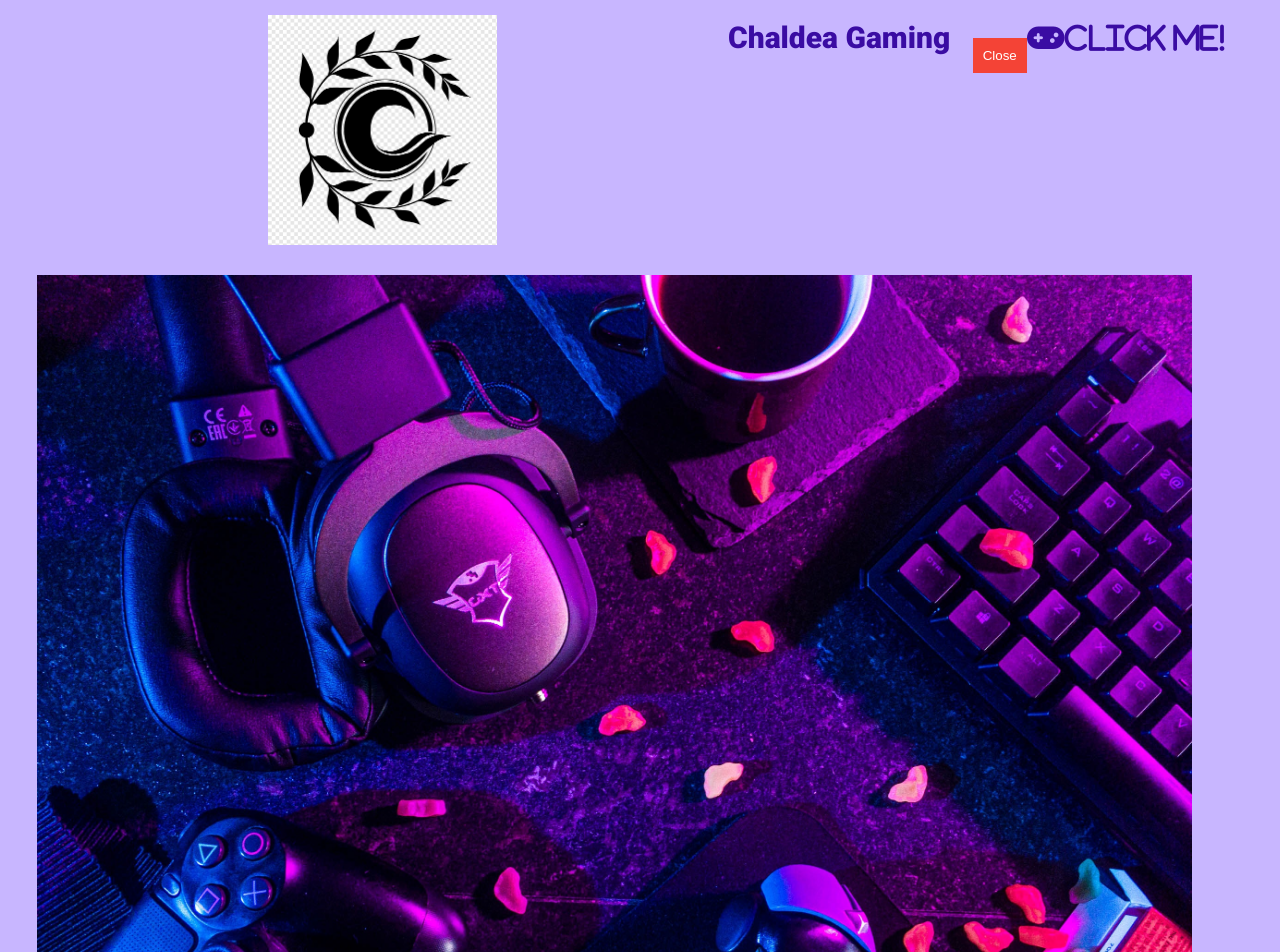
Repository: NyleNC/School-Projects
Page: Hmtl and CSS project/Contact.html
These files come from the project's save history. The page is drawn as it stood at one moment and after the next save; the edit follows.
The browser window is 1280 px wide. The pictures show the part of the page from y = 0 to 952 px (the page is 2042 px tall before and 2041 px after).
A picture or video elsewhere on the page could not be fetched, so the positions and the page height are approximate. Some web libraries are served in a nearby version.

Above is the page before, as saved 2025-01-05 14:32:18.

After the next save:
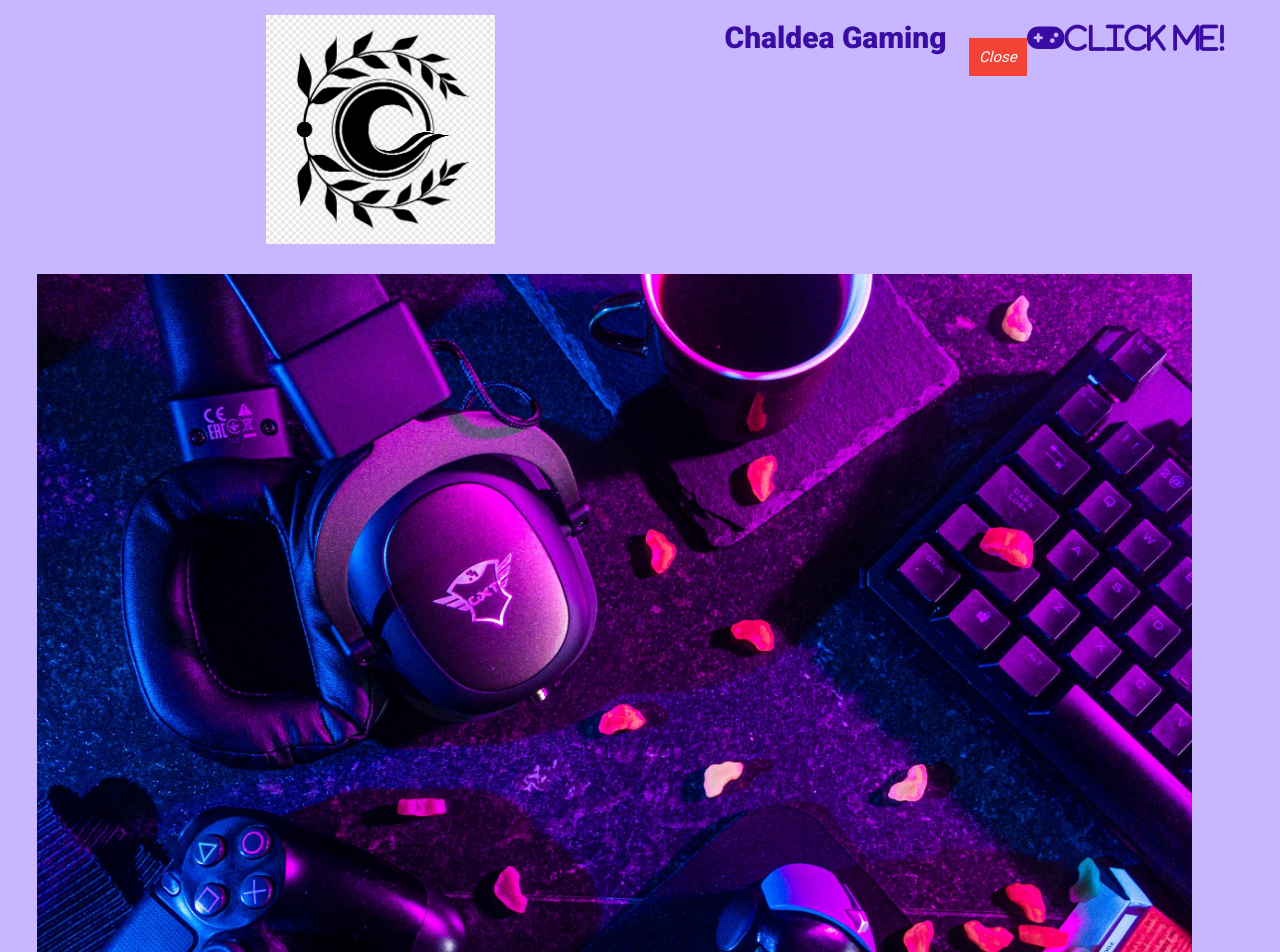
Saved 74 s later.
--- a/Hmtl and CSS project/Contact.html
+++ b/Hmtl and CSS project/Contact.html
@@ -17,9 +17,8 @@
     <header class="header-con">
         <nav class="main-nav">
             <i id="nav-toggle" class="fa-solid fa-gamepad fa-bounce fa-2xl">Click me!</i>
-            <i><button id="close-btn">Close</button></i>
+            <i id="close-btn">Close</i>
             <ul id="nav-menu">
-
                 <li><a href="Index.html">Home</a></li>
                 <li><a href="About.html">About</a></li>
                 <li><a href="Club.html">Club Information</a></li>
